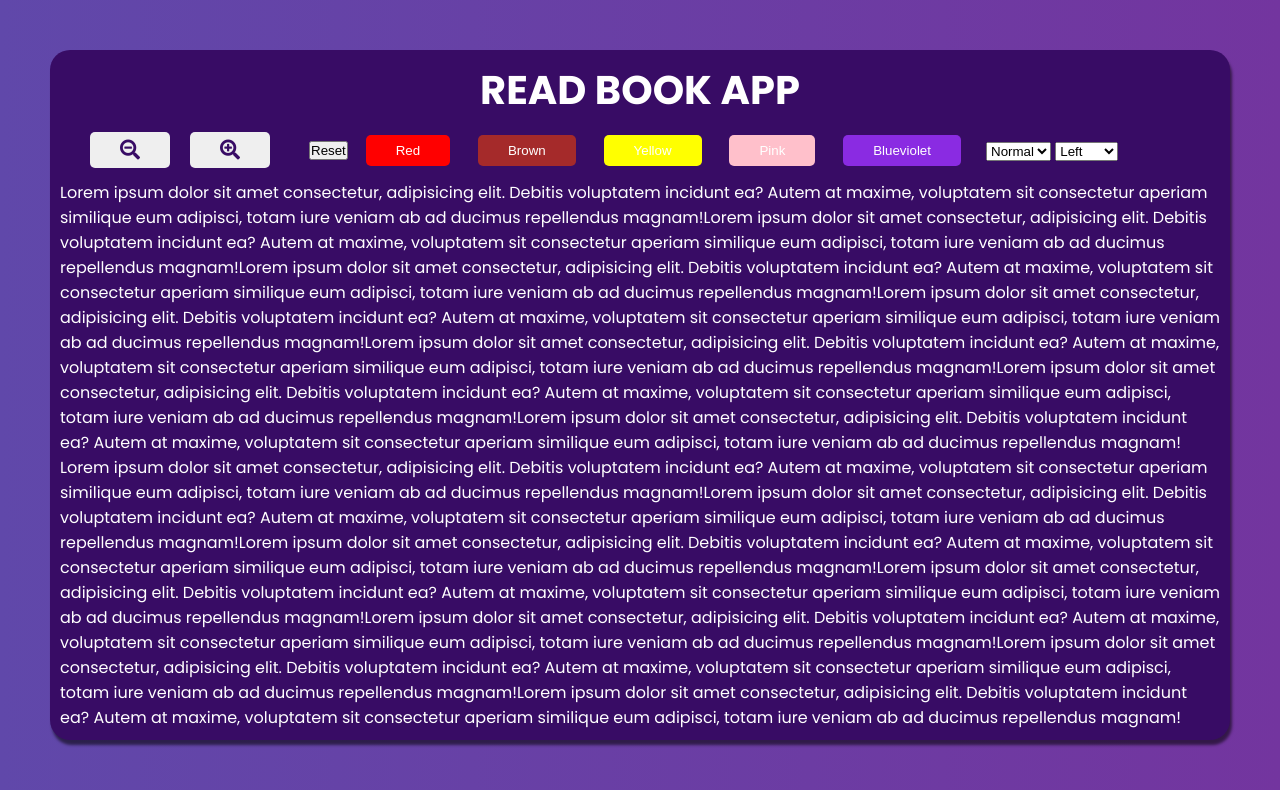
Repository: dinhconglam2306/frontend_tu_xa
Page: b09/02-reading-info/index.html
An editor plug-in stored every save of this project. The page is shown before and after the next save, followed by the edit.
The browser window is 1280 px wide. The pictures show the whole page.
After loading, the first visible `button.app-controls-bg__reset` was clicked once.
Some web libraries are served in a nearby version. The style sheet was rebuilt from its Sass, Less or Tailwind sources for each picture, by a compiler version that may differ from the author's.

Above is the page before, as saved 2021-04-25 07:06:23.

### b09/02-reading-info/index.html
<!DOCTYPE html>
<html lang="en">
  <head>
    <meta charset="UTF-8" />
    <meta http-equiv="X-UA-Compatible" content="IE=edge" />
    <meta name="viewport" content="width=device-width, initial-scale=1.0" />
    <title>Document</title>
    <link rel="stylesheet" href="css/style.css" />
    <link
      rel="stylesheet"
      href="https://pro.fontawesome.com/releases/v5.10.0/css/all.css"
      integrity="sha384-AYmEC3Yw5cVb3ZcuHtOA93w35dYTsvhLPVnYs9eStHfGJvOvKxVfELGroGkvsg+p"
      crossorigin="anonymous"
    />
    <link rel="preconnect" href="https://fonts.gstatic.com" />
    <link
      href="https://fonts.googleapis.com/css2?family=Poppins:wght@100;300;400;500;700&display=swap"
      rel="stylesheet"
    />
  </head>
  <body>
    <div class="app">
      <h1 class="app__title">Read Book App</h1>
      <div class="app-controls">
        <div class="app-controls-zoom">
          <button class="app-controls-zoom__button" data-value="zoom-in">
            <i class="fas fa-search-minus app-controls-zoom__button-icon"></i>
          </button>
          <button class="app-controls-zoom__button" data-value="zoom-out">
            <i class="fas fa-search-plus app-controls-zoom__button-icon"></i>
          </button>
        </div>

        <div class="app-controls-bg">
          <button class="app-controls-bg__reset">Reset</button>
          <button
            class="app-controls-bg__color app-controls-bg__color-red"
            data-color="red"
          >
            Red
          </button>
          <button
            class="app-controls-bg__color app-controls-bg__color-brown"
            data-color="brown"
          >
            Brown
          </button>
          <button
            class="app-controls-bg__color app-controls-bg__color-yellow"
            data-color="yellow"
          >
            Yellow
          </button>
          <button
            class="app-controls-bg__color app-controls-bg__color-pink"
            data-color="pink"
          >
            Pink
          </button>
          <button
            class="app-controls-bg__color app-controls-bg__color-blueviolet"
            data-color="blueviolet"
          >
            Blueviolet
          </button>
        </div>

        <div class="app-controls-select">
          <select name="size" class="app-controls-select__lineheight">
            <option value="0.8">Narrow</option>
            <option value="1" selected>Normal</option>
            <option value="2">Large</option>
          </select>
          <select name="text-align" class="app-controls-select__textalign">
            <option value="left" selected>Left</option>
            <option value="center">Center</option>
            <option value="right">Right</option>
            <option value="justify">Justify</option>
          </select>
        </div>
      </div>
      <div class="app-content" style="font-size: 16px">
        <p>
          Lorem ipsum dolor sit amet consectetur, adipisicing elit. Debitis
          voluptatem incidunt ea? Autem at maxime, voluptatem sit consectetur
          aperiam similique eum adipisci, totam iure veniam ab ad ducimus
          repellendus magnam!Lorem ipsum dolor sit amet consectetur, adipisicing
          elit. Debitis voluptatem incidunt ea? Autem at maxime, voluptatem sit
          consectetur aperiam similique eum adipisci, totam iure veniam ab ad
          ducimus repellendus magnam!Lorem ipsum dolor sit amet consectetur,
          adipisicing elit. Debitis voluptatem incidunt ea? Autem at maxime,
          voluptatem sit consectetur aperiam similique eum adipisci, totam iure
          veniam ab ad ducimus repellendus magnam!Lorem ipsum dolor sit amet
          consectetur, adipisicing elit. Debitis voluptatem incidunt ea? Autem
          at maxime, voluptatem sit consectetur aperiam similique eum adipisci,
          totam iure veniam ab ad ducimus repellendus magnam!Lorem ipsum dolor
          sit amet consectetur, adipisicing elit. Debitis voluptatem incidunt
          ea? Autem at maxime, voluptatem sit consectetur aperiam similique eum
          adipisci, totam iure veniam ab ad ducimus repellendus magnam!Lorem
          ipsum dolor sit amet consectetur, adipisicing elit. Debitis voluptatem
          incidunt ea? Autem at maxime, voluptatem sit consectetur aperiam
          similique eum adipisci, totam iure veniam ab ad ducimus repellendus
          magnam!Lorem ipsum dolor sit amet consectetur, adipisicing elit.
          Debitis voluptatem incidunt ea? Autem at maxime, voluptatem sit
          consectetur aperiam similique eum adipisci, totam iure veniam ab ad
          ducimus repellendus magnam! Lorem ipsum dolor sit amet consectetur,
          adipisicing elit. Debitis voluptatem incidunt ea? Autem at maxime,
          voluptatem sit consectetur aperiam similique eum adipisci, totam iure
          veniam ab ad ducimus repellendus magnam!Lorem ipsum dolor sit amet
          consectetur, adipisicing elit. Debitis voluptatem incidunt ea? Autem
          at maxime, voluptatem sit consectetur aperiam similique eum adipisci,
          totam iure veniam ab ad ducimus repellendus magnam!Lorem ipsum dolor
          sit amet consectetur, adipisicing elit. Debitis voluptatem incidunt
          ea? Autem at maxime, voluptatem sit consectetur aperiam similique eum
          adipisci, totam iure veniam ab ad ducimus repellendus magnam!Lorem
          ipsum dolor sit amet consectetur, adipisicing elit. Debitis voluptatem
          incidunt ea? Autem at maxime, voluptatem sit consectetur aperiam
          similique eum adipisci, totam iure veniam ab ad ducimus repellendus
          magnam!Lorem ipsum dolor sit amet consectetur, adipisicing elit.
          Debitis voluptatem incidunt ea? Autem at maxime, voluptatem sit
          consectetur aperiam similique eum adipisci, totam iure veniam ab ad
          ducimus repellendus magnam!Lorem ipsum dolor sit amet consectetur,
          adipisicing elit. Debitis voluptatem incidunt ea? Autem at maxime,
          voluptatem sit consectetur aperiam similique eum adipisci, totam iure
          veniam ab ad ducimus repellendus magnam!Lorem ipsum dolor sit amet
          consectetur, adipisicing elit. Debitis voluptatem incidunt ea? Autem
          at maxime, voluptatem sit consectetur aperiam similique eum adipisci,
          totam iure veniam ab ad ducimus repellendus magnam!
        </p>
      </div>
    </div>
    <script src="js/jquery-3.6.0.min.js"></script>
    <script src="js/main.js"></script>
  </body>
</html>

### b09/02-reading-info/js/main.js
$(document).ready(function () {
  let areaContent = $(".app-content");
  let btnZoom = $(".app-controls-zoom__button");
  let btnColor = $(".app-controls-bg__color");
  let selectLineheight = $(".app-controls-select__lineheight");
  let textAlign = $(".app-controls-select__textalign");

  let config = JSON.parse(localStorage.getItem("READING_INFO"));
  if (config) {
    areaContent.css("background-color", config.bgColor);
    areaContent.css("font-size", config.fontSize + "px");
    areaContent.css("text-align", config.position);
    areaContent.css("line-height", config.lineHeight);
  } else {
    config = {
      bgColor: "#380c65",
      lineHeight: 1,
      position: "right",
      fontSize: 12,
    };
    localStorage.setItem("READING_INFO", JSON.stringify(config));
  }

  /*------------RESET - START---------*/

  $(".app-controls-bg__reset").click(function () {
    localStorage.removeItem("READING_INFO");
    areaContent.css("background-color", "#380c65");
  });

  /*------------FONTSIZE - START---------*/
  const incrementFontsize = 1;
  btnZoom.on("click", function () {
    let fontSize = parseFloat($(".app-content").css("font-size"));
    let value = $(this).data("value");
    if (value == "zoom-out") {
      fontSize += incrementFontsize;
    } else if (value == "zoom-in") {
      fontSize -= incrementFontsize;
    }
    areaContent.css("font-size", fontSize + "px");
    config.fontSize = fontSize;
    localStorage.setItem("READING_INFO", JSON.stringify(config));
  });
  /*------------FONTSIZE - END---------*/

  /*------------BACKGROUND-COLOR - START---------*/
  btnColor.click(function () {
    let color = $(this).data("color");
    areaContent.css("background-color", color);
    config.bgColor = color;
    localStorage.setItem("READING_INFO", JSON.stringify(config));
  });
  /*------------BACKGROUND-COLOR - END---------*/

  /*------------LINE-HEIGHT - START---------*/
  selectLineheight.change(function () {
    let lineheight = selectLineheight.val();
    areaContent.css("line-height", lineheight);
    config.lineHeight = lineheight;
    localStorage.setItem("READING_INFO", JSON.stringify(config));
  });
  /*------------LINE-HEIGHT - END---------*/

  /*------------TEXT-ALIGN - START---------*/
  textAlign.change(function () {
    let position = textAlign.val();
    areaContent.css("text-align", position);
    config.position = position;
    localStorage.setItem("READING_INFO", JSON.stringify(config));
  });
  /*------------TEXT-ALIGN - END---------*/
});

### b09/02-reading-info/style.scss
@mixin size($width, $height: $width) {
  width: $width;
  height: $height;
}
@mixin flexbox(
  $align: flex-start,
  $justify: flex-start,
  $flex-direction: row,
  $wrap: nowrap
) {
  display: flex;
  align-items: $align;
  justify-content: $justify;
  flex-direction: $flex-direction;
  flex-wrap: $wrap;
}
* {
  margin: 0px;
  padding: 0px;
  box-sizing: border-box;
}
html {
  font-size: 62.5%;
}
body {
  padding: 5rem;
  font-size: 1.6rem;
  font-family: "Poppins", sans-serif;
  font-weight: normal;
  display: flex;
  align-items: center;
  justify-content: center;
  background-image: linear-gradient(to right, #6048aa, #73359f);
}
a {
  text-decoration: none;
}
img {
  display: block;
  max-width: 100%;
}
.app {
  display: flex;
  flex-direction: column;
  align-items: center;
  justify-content: center;
  width: 100vw;
  background-color: #380c65;
  overflow: hidden;
  padding: 1rem;
  border-radius: 2rem;
  box-shadow: 2px 5px 3px rgba(0, 0, 0, 0.548);
  &__title {
    color: white;
    font-size: 4rem;
    text-transform: uppercase;
  }
  &-controls {
    display: flex;
    align-items: center;
    justify-content: space-between;
    width: 100%;
    height: 6rem;
    padding: 0 2rem;
    &-zoom {
      width: calc(20% - 1rem);
      display: flex;
      align-items: center;
      &__button {
        padding: 0.8rem 3rem;
        border: 0;
        margin: 1rem;
        border-radius: 0.5rem;
        cursor: pointer;
        display: flex;
        justify-content: center;
        align-items: center;
        color: #380c65;
        &:hover {
          background-color: #6508c2;
          color: white;
        }
        &:active {
          transform: scale(0.98);
        }
        &-icon {
          font-size: 2rem;
        }
      }
    }
    &-bg {
      width: calc(60% - 1rem);
      display: flex;
      align-items: center;
      justify-content: space-between;
      &__color {
        padding: 0.8rem 3rem;
        border: 0;
        margin: 1rem;
        border-radius: 0.5rem;
        cursor: pointer;
        display: flex;
        justify-content: center;
        align-items: center;
        color: #380c65;
        &-red {
          background-color: red;
          color: white;
          &:active {
            transform: scale(0.98);
          }
        }
        &-aqua {
          background-color: aqua;
          color: white;
          &:active {
            transform: scale(0.98);
          }
        }
        &-yellow {
          background-color: yellow;
          color: white;
          &:active {
            transform: scale(0.98);
          }
        }
        &-brown {
          background-color: brown;
          color: white;
          &:active {
            transform: scale(0.98);
          }
        }
        &-pink {
          background-color: pink;
          color: white;
          &:active {
            transform: scale(0.98);
          }
        }
        &-blueviolet {
          background-color: blueviolet;
          color: white;
          &:active {
            transform: scale(0.98);
          }
        }
      }
    }
    &-select {
      width: calc(20% - 1rem);
    }
  }
  &-content {
    color: white;
  }
}

Loaded but not shown: b09/02-reading-info/js/jquery-3.6.0.min.js (library)

After the next save:
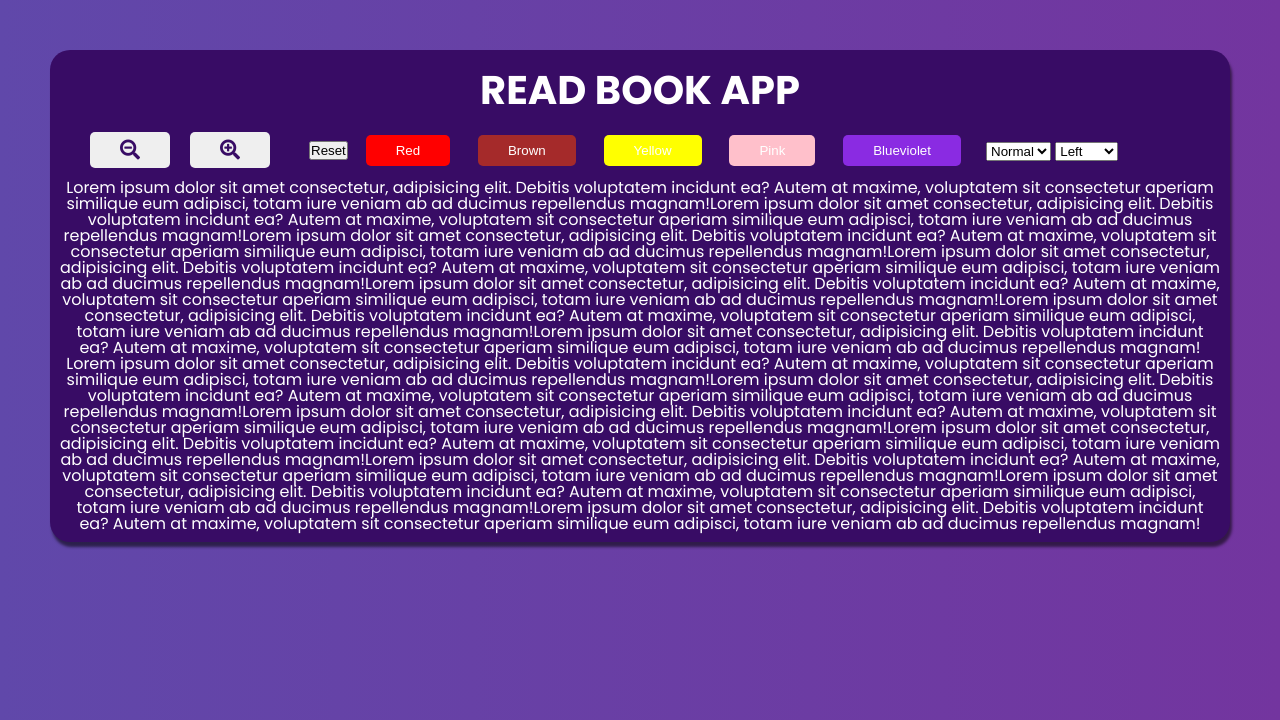
Saved 83 s later.
--- a/b09/02-reading-info/js/main.js
+++ b/b09/02-reading-info/js/main.js
@@ -26,6 +26,9 @@ $(document).ready(function () {
   $(".app-controls-bg__reset").click(function () {
     localStorage.removeItem("READING_INFO");
     areaContent.css("background-color", "#380c65");
+    areaContent.css("line-height", 1);
+    areaContent.css("text-align", "center");
+    areaContent.css("font-size", 16);
   });
 
   /*------------FONTSIZE - START---------*/
